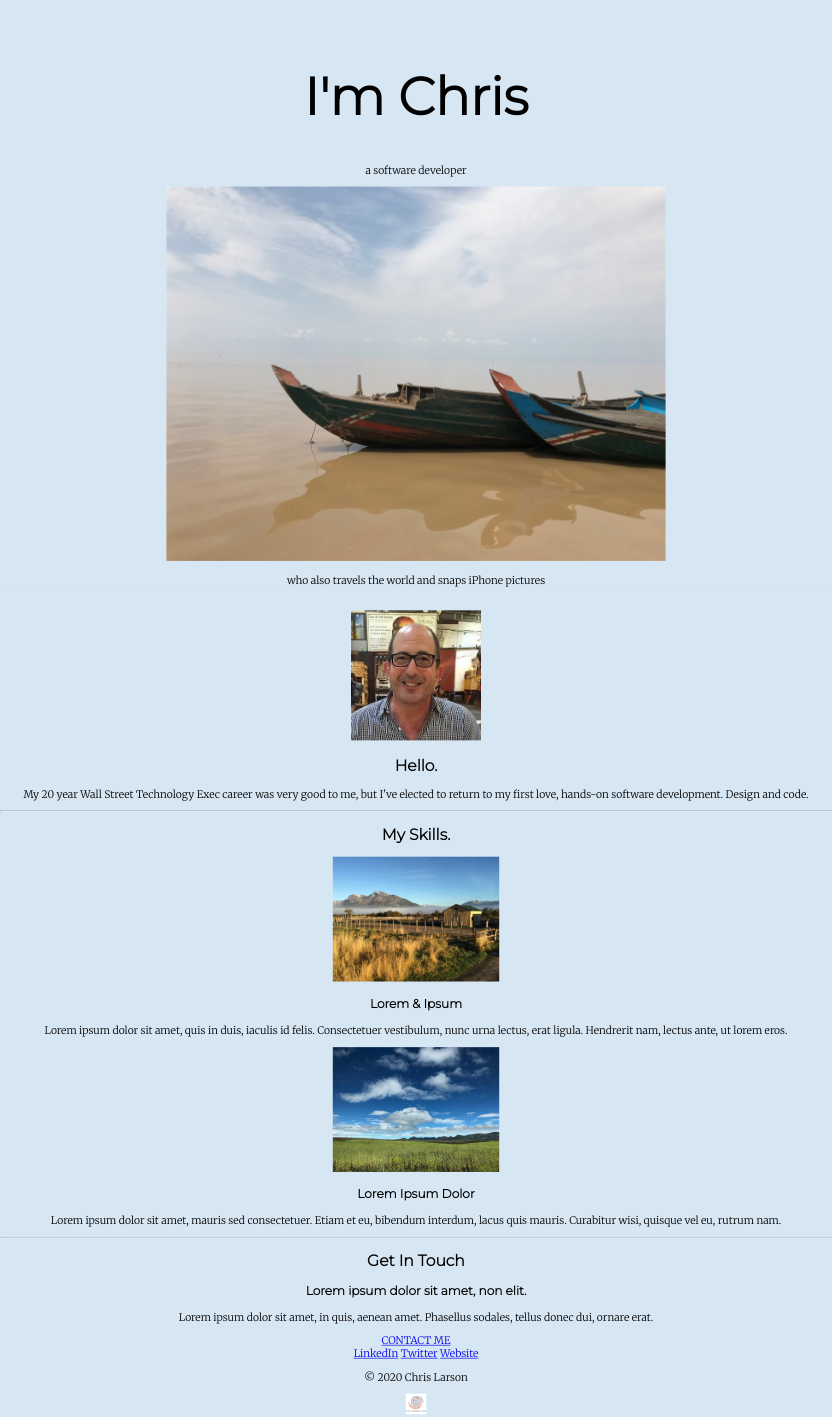
Repository: EpiTao-LLC/Personal_web_page
Page: index.html
The author's editor kept a copy of each file at every save. The page is drawn from the files as they stood at one save, then again after the next save.
The browser window is 1280 px wide. The pictures show the whole page, at 65% of full size.

Above is the page before, as saved 2020-05-21 14:20:15.

### index.html
<!DOCTYPE html>
<html lang="en">
<head>
    <meta charset="UTF-8">
    <meta name="viewport" content="width=device-width, initial-scale=1.0">
    <title>Chris Larson</title>
    <link rel="stylesheet" href="css/styles.css">
    <link href="https://fonts.googleapis.com/css2?family=Merriweather:wght@300&family=Montserrat:wght@300&family=Sacramento&display=swap" rel="stylesheet">
    <link rel="apple-touch-icon" sizes="180x180" href="favicon_package_v0.16/apple-touch-icon.png">
    <link rel="icon" type="image/png" sizes="32x32" href="favicon_package_v0.16/favicon-32x32.png">
    <link rel="icon" type="image/png" sizes="16x16" href="favicon_package_v0.16/favicon-16x16.png">
    <link rel="manifest" href="favicon_package_v0.16/site.webmanifest">
    <link rel="mask-icon" href="favicon_package_v0.16/safari-pinned-tab.svg" color="#5bbad5">
    <meta name="msapplication-TileColor" content="#da532c">
    <meta name="theme-color" content="#ffffff">
</head>
<body>
    <div class = "top_container">
<!--
     <img class="top_cloud" src="images/cloud.png" alt="cloud image">
-->
        <h1>I'm Chris</h1>
        <p>a software developer</p>
<!--
        <img class="bottom_cloud" src="images/cloud.png" alt="cloud image">
-->
        <img src="images/Boats in Cambodia.jpeg" width = 60% height= 60% alt="Boats in Cambodia image">
        <p>who also travels the world and snaps iPhone pictures</p>
      </div>
    <div class="middle-container">
        <div class="profile">
          <br>
          <img src="images/Denmark copy.JPG" width = 200px height= 200px alt="Chris Pic">
          <h2>Hello.</h2>
          <p>My 20 year Wall Street Technology Exec career was very good to me, but I've elected to return to my first love, hands-on software development.   Design and code.</p>
        </div>
        <hr>
        <div class="skills">
          <h2>My Skills.</h2>
          <div class="skill-row">
            <img class="" src="images/Ranch in Patagonia.JPEG" width = 20% height= 20% alt="Ranch in Patagonia">
            <h3>Lorem & Ipsum</h3>
            <p>Lorem ipsum dolor sit amet, quis in duis, iaculis id felis. Consectetuer vestibulum, nunc urna lectus, erat ligula. Hendrerit nam, lectus ante, ut lorem eros.</p>
          </div>
          <div class="skill-row">
            <img class="" src="images/Ecuador.JPEG" width = 20% height= 20% alt="Equador picture">
            <h3>Lorem Ipsum Dolor</h3>
            <p>Lorem ipsum dolor sit amet, mauris sed consectetuer. Etiam et eu, bibendum interdum, lacus quis mauris. Curabitur wisi, quisque vel eu, rutrum nam.</p>
          </div>
        </div>
        <hr>
        <div class="contact-me">
          <h2>Get In Touch</h2>
          <h3>Lorem ipsum dolor sit amet, non elit.</h3>
          <p>Lorem ipsum dolor sit amet, in quis, aenean amet. Phasellus sodales, tellus donec dui, ornare erat.</p>
          <a class="btn" href="mailto:name@email.com">CONTACT ME</a>

        </div>
      </div>


      <div class="bottom-container">
        <a class="footer-link" href="https://www.linkedin.com/">LinkedIn</a>
        <a class="footer-link" href="https://twitter.com/">Twitter</a>
        <a class="footer-link" href="https://www.appbrewery.co/">Website</a>
        <p>© 2020 Chris Larson</p>
        <img src="favicon_package_v0.16/favicon-32x32.png" alt="">
      </div>
</body>
</html>

### css/styles.css
body {
    margin: 0;
    text-align: center;
    background-color: #d6e6f2;
    font-family: 'Merriweather', serif;
}
h1 {
    margin-top: 0;
    font-family: 'Montserrat', sans-serif;
    font-size: 80px;
}
h2 {
    font-family: 'Montserrat', sans-serif;
}
h3 {
    font-family: 'Montserrat', sans-serif;
}
.top_container {
    background-color: #d6e6f2;
    position: relative;
    padding-top: 100px;
}
.middle_container {

}
.bottom_container {

}
.top_cloud {
    position: absolute;
    right: 300px;
    top: 50px;
}
.bottom_cloud {
    position: absolute;
    left: 300px;
    bottom: 300px;
}

After the next save:
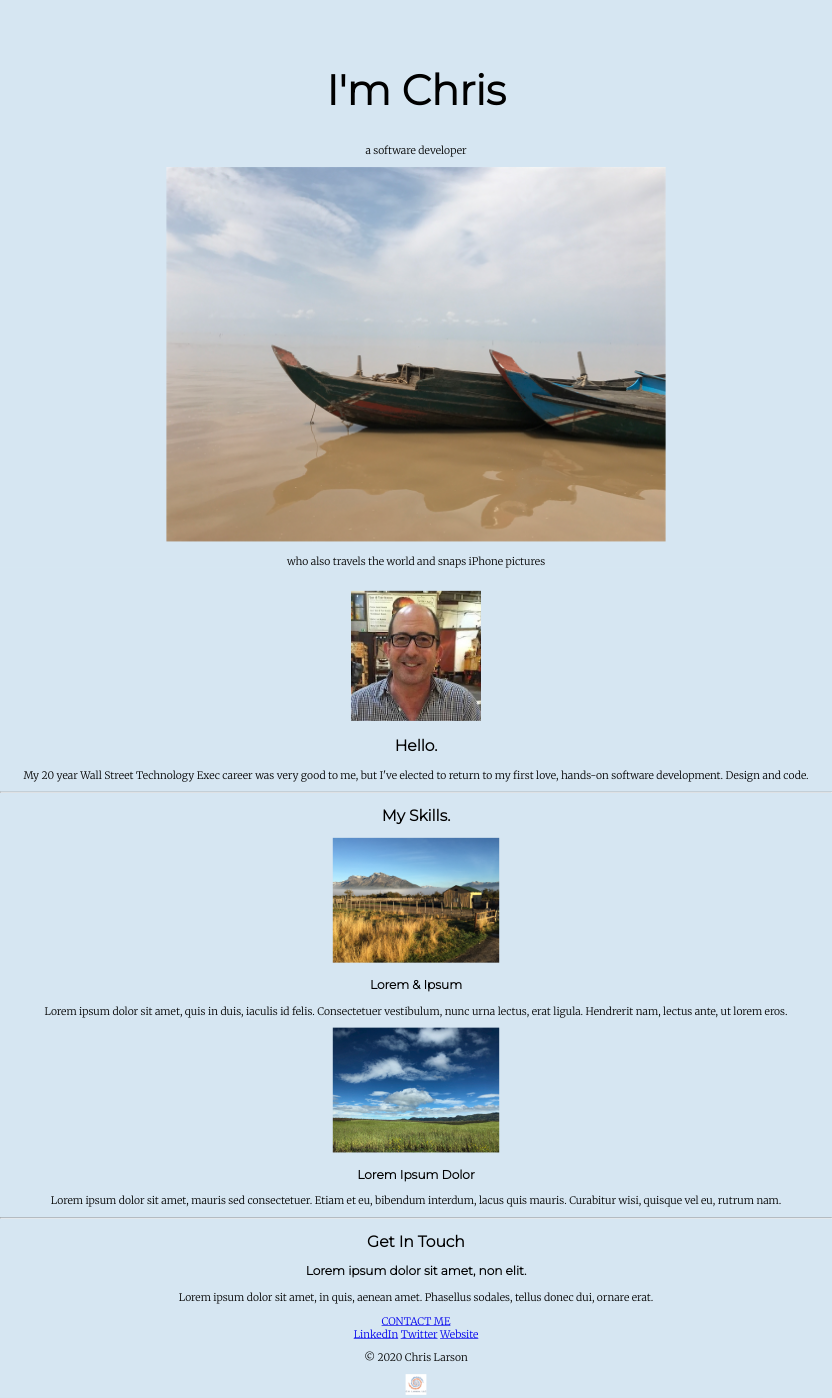
Saved 4 min 2 s later.
--- a/css/styles.css
+++ b/css/styles.css
@@ -7,7 +7,7 @@
 h1 {
     margin-top: 0;
     font-family: 'Montserrat', sans-serif;
-    font-size: 80px;
+    font-size: 400%;
 }
 h2 {
     font-family: 'Montserrat', sans-serif;

After the save that followed:
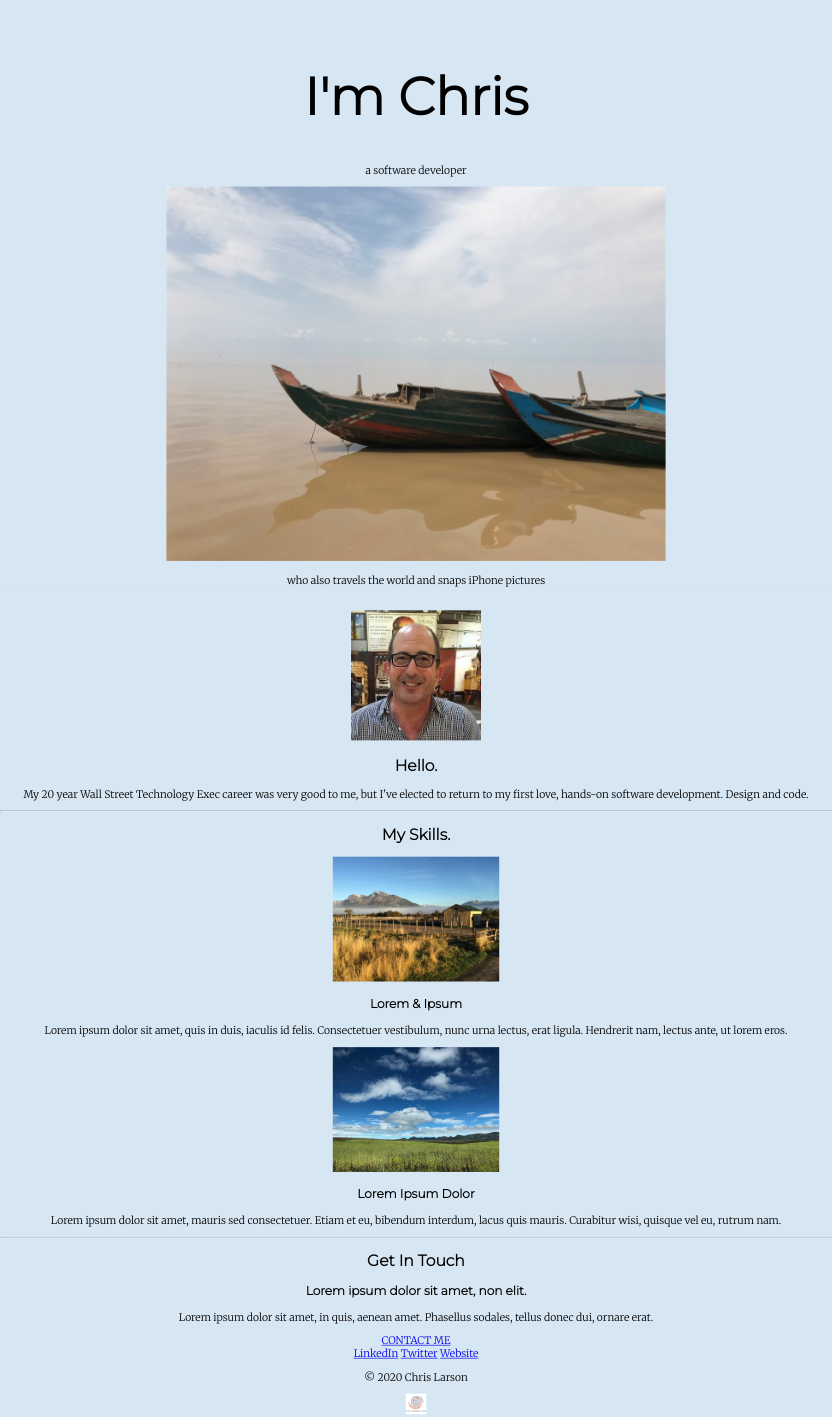
Saved 12 s later.
--- a/css/styles.css
+++ b/css/styles.css
@@ -7,7 +7,7 @@
 h1 {
     margin-top: 0;
     font-family: 'Montserrat', sans-serif;
-    font-size: 400%;
+    font-size: 500%;
 }
 h2 {
     font-family: 'Montserrat', sans-serif;
